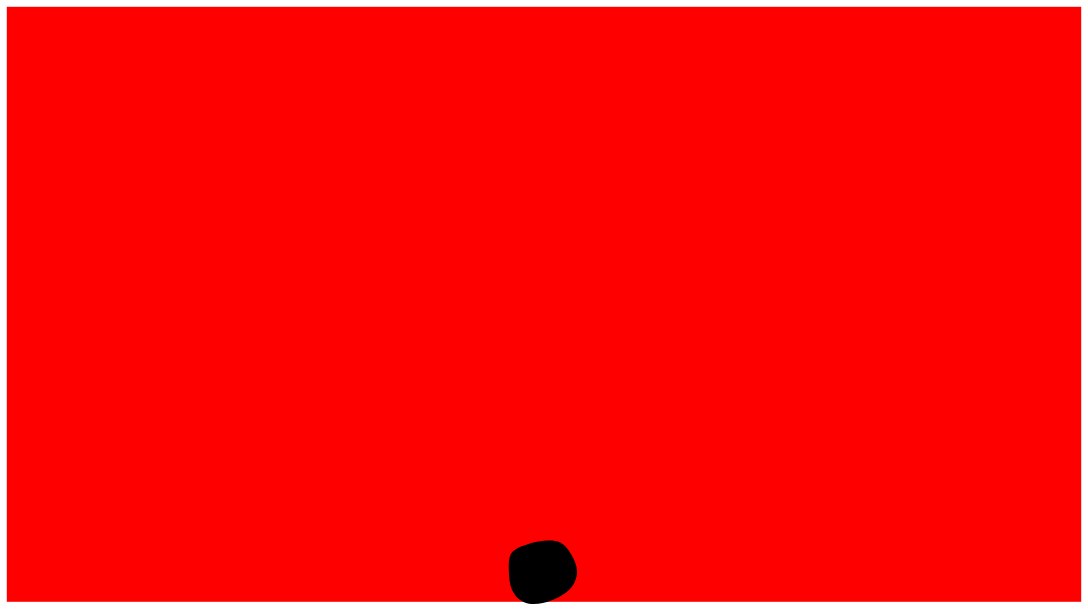
Repository: DNoel26/My_Dev_Portfolio
Page: index.html
An editor plug-in stored every save of this project. The page is shown before and after a run of saves, followed by the edit.
The browser window is 1280 px wide. The pictures show the whole page, at 85% of full size.

Above is the page before, as saved 2021-01-23 03:45:04.

### index.html
<!DOCTYPE html>
<html lang="en">
<head>
    <meta charset="UTF-8">
    <meta name="viewport" content="width=device-width, initial-scale=1.0">
    <title>Homepage | Darnell Noel | Professional Portfolio | Full Stack Web Development</title>
    <link rel="stylesheet" href="/css/style.css">
</head>
<body>
    <header>
        <div>
            <svg viewBox="0 0 200 200" xmlns="http://www.w3.org/2000/svg">
                <!--<defs>
                    <pattern id="img1" patternUnits="userSpaceOnUse" width="100" height="100">
                      <image href="/img/profile_pic.jpg" x="0" y="0" width="100" height="100" />
                    </pattern>
                  </defs>-->
                <path d="M45.8,-76.7C59.5,-71.3,70.9,-59.4,77.1,-45.6C83.2,-31.7,84.1,-15.8,84.8,0.4C85.4,16.6,85.9,33.2,78.2,44.4C70.5,55.6,54.6,61.4,40.2,65.7C25.9,70.1,12.9,72.9,-0.9,74.5C-14.7,76,-29.4,76.2,-41.2,70.4C-53,64.5,-61.8,52.7,-69.1,39.9C-76.3,27.2,-82,13.6,-82.4,-0.2C-82.7,-14,-77.7,-28,-69.4,-38.9C-61,-49.7,-49.4,-57.5,-37.2,-63.8C-25.1,-70,-12.6,-74.8,1.7,-77.8C16,-80.8,32,-82,45.8,-76.7Z" transform="translate(100 100)" />
            </svg>
        </div>
    </header>
    <main>

    </main>
    <footer>

    </footer>
</body>
</html>

### css/style.css
header {
    height: 700px;
    background-color: red;
}

div {
    height: 200px;
    position: absolute;
    bottom: 0;
    left: 0;
    width: 100%;
    overflow: hidden;
    line-height: 0;
    transform: rotate(180deg);
}

svg {
    mask-image: url("../img/profile_pic.jpg");
    position: relative;
    display: block;
    width: calc(100% + 1.3px);
    height: 96px;
}

After the next 2 saves:
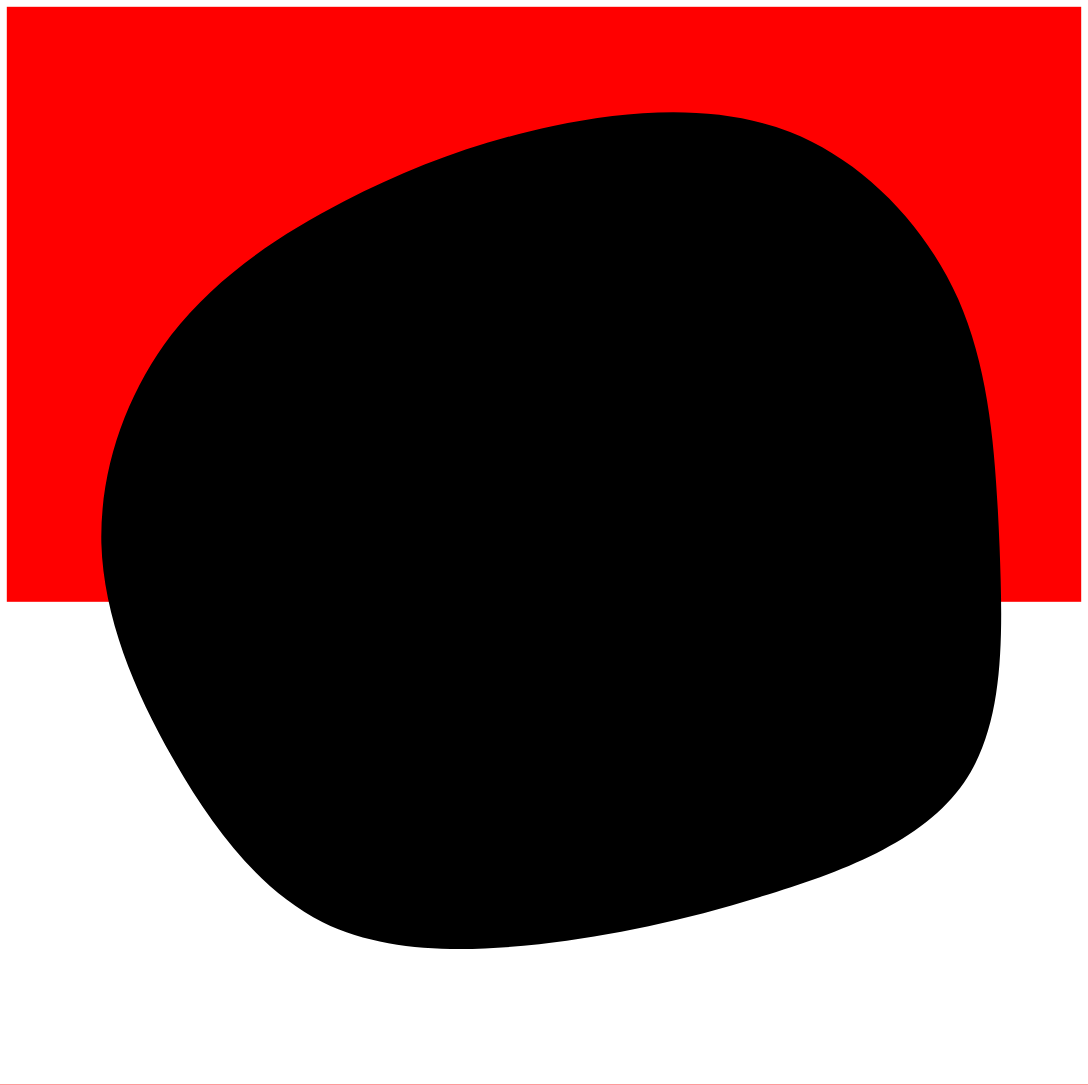
The 2 saves are shown as one change because they came seconds apart.
The last was saved 2 min 3 s later.
--- a/css/style.css
+++ b/css/style.css
@@ -5,19 +5,8 @@ header {
 
 div {
     height: 200px;
-    position: absolute;
-    bottom: 0;
-    left: 0;
-    width: 100%;
-    overflow: hidden;
-    line-height: 0;
-    transform: rotate(180deg);
 }
 
 svg {
     mask-image: url("../img/profile_pic.jpg");
-    position: relative;
-    display: block;
-    width: calc(100% + 1.3px);
-    height: 96px;
 }
